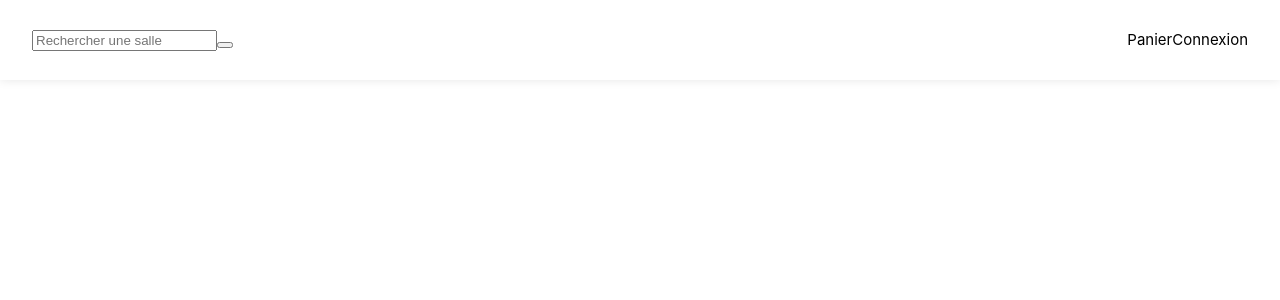
Repository: Tructruc/SAE-ALT-S3-Dev-23-24-Occupation-salles-3A-Groupe-2
Page: / (app in frontend/front-vue/)
The author's editor kept a copy of each file at every save. The page is drawn from the files as they stood at one save, then again after the next save.
The browser window is 1280 px wide. The pictures show the whole page.
The project was rebuilt for these pictures with package versions that can differ from the ones it lists, and the page was loaded fresh each time. Also part of the build but not shown: frontend/front-vue/vite.config.js, frontend/front-vue/src/components/HelloWorld.vue, frontend/front-vue/src/components/WelcomeItem.vue, frontend/front-vue/src/components/icons/IconDocumentation.vue, frontend/front-vue/src/components/icons/IconTooling.vue, frontend/front-vue/src/components/icons/IconEcosystem.vue, frontend/front-vue/src/components/icons/IconCommunity.vue, frontend/front-vue/src/components/icons/IconSupport.vue and 1 more.

Above is the page before, as saved 2024-01-10 09:17:05.

### frontend/front-vue/src/App.vue
<script setup>
import HelloWorld from './components/HelloWorld.vue'
import TheWelcome from './components/TheWelcome.vue'
import Header from './components/Header.vue';
</script>

<template>
<Header></Header>
</template>


<style scoped>
header {
  line-height: 1.5;
}

.logo {
  display: block;
  margin: 0 auto 2rem;
}

@media (min-width: 1024px) {
  header {
    display: flex;
    place-items: center;
    padding-right: calc(var(--section-gap) / 2);
  }

  .logo {
    margin: 0 2rem 0 0;
  }

  header .wrapper {
    display: flex;
    place-items: flex-start;
    flex-wrap: wrap;
  }
}
</style>

### frontend/front-vue/src/components/Header.vue
<!-- Template de header pour les pages ( barre de recherche ) -->
<!-- Le composant est modulaire et ne doit pas dépendre du reste de l'application -->
<template>
  <div class="header">
    <div class="header__search">
      <input
        type="text"
        placeholder="Rechercher une salle"
        v-model="search"
        @keyup.enter="searchProduct"
      />
      <button @click="searchProduct">
        <i class="fas fa-search"></i>
      </button>
    </div>
    <div class="header__links">

      <router-link to="/cart">
        <i class="Carte"></i>
        <span class="Carte">Panier</span>
      </router-link>

      <router-link to="/login">
        <i class="fas fa-user"></i>
        <span class="header__links__cart">Connexion</span>
      </router-link>
    </div>
  </div>
</template>

<style>
.header {

    position: fixed;
    top: 0;
    left: 0;


    width:100%;
    height: 80px;
    display: flex;
    justify-content: space-between;
    align-items: center;
    padding: 1rem 2rem;
    background-color: #fff;
    color:black;
    box-shadow: 0 0 10px rgba(0, 0, 0, 0.1);
}
</style>

Loaded but not shown: frontend/front-vue/index.html (common file); frontend/front-vue/src/main.js (common file); frontend/front-vue/src/assets/main.css (common file); frontend/front-vue/src/assets/base.css (common file)

After the next save:
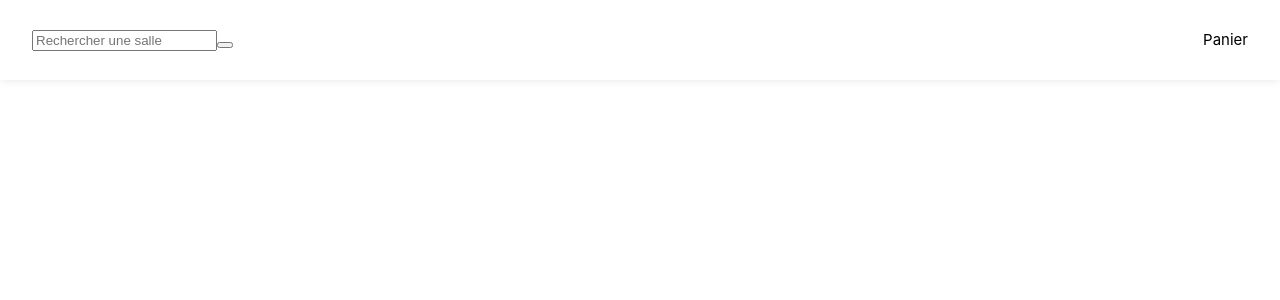
Saved 5 s later.
--- a/frontend/front-vue/src/components/Header.vue
+++ b/frontend/front-vue/src/components/Header.vue
@@ -20,10 +20,6 @@
         <span class="Carte">Panier</span>
       </router-link>
 
-      <router-link to="/login">
-        <i class="fas fa-user"></i>
-        <span class="header__links__cart">Connexion</span>
-      </router-link>
     </div>
   </div>
 </template>
